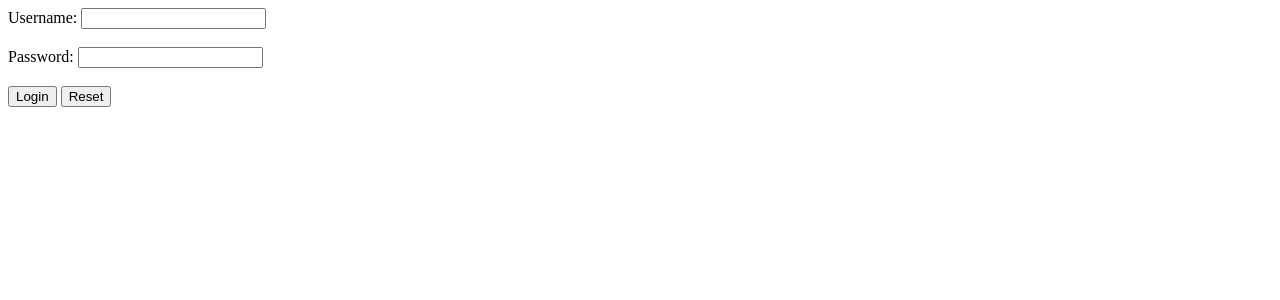
Repository: thegr8khan/webproject1
Page: http://localhost/amazon/
The author's editor kept a copy of each file at every save. The page is drawn from the files as they stood at one save, then again after the next save.
The browser window is 1280 px wide. The pictures show the whole page.
The page is served by Tomcat 9.

Above is the page before, as saved 2023-03-27 07:50:54.

After the next save:
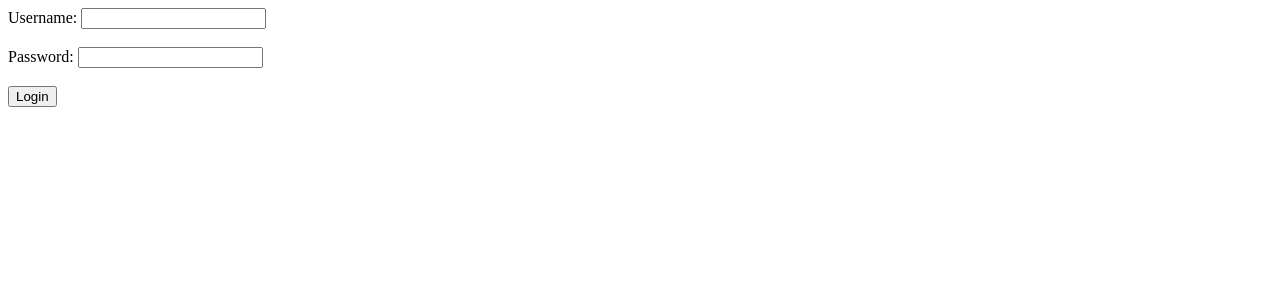
Saved 3 min 46 s later.
--- a/WebProgramming/amazon/src/main/webapp/login.jsp
+++ b/WebProgramming/amazon/src/main/webapp/login.jsp
@@ -28,7 +28,7 @@
 <br>
 <br>
 <input type="submit" name="action" value="Login">
-<input type="submit" name="page" value="Reset"/>
+<input type="hidden" name="page" value="Reset"/>
 
 <input type="hidden" name="page" value="login"/>
 

After the save that followed:
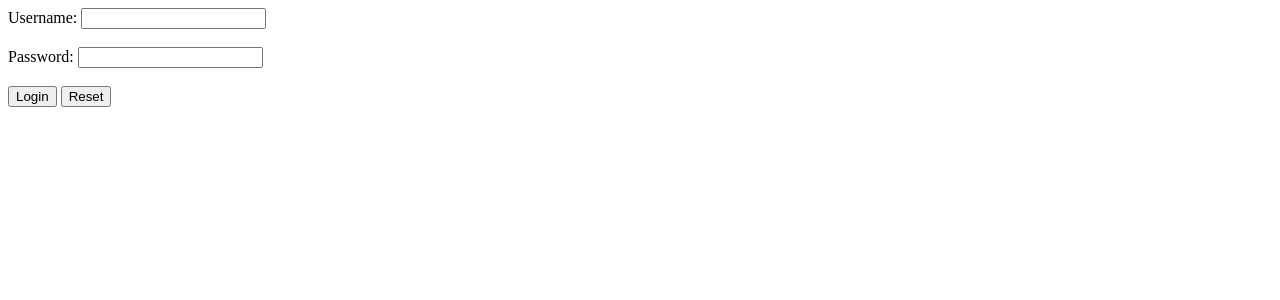
Saved 46 s later.
--- a/WebProgramming/amazon/src/main/webapp/login.jsp
+++ b/WebProgramming/amazon/src/main/webapp/login.jsp
@@ -28,9 +28,10 @@
 <br>
 <br>
 <input type="submit" name="action" value="Login">
-<input type="hidden" name="page" value="Reset"/>
+<input type="submit" name="action" value="Reset"/>
 
 <input type="hidden" name="page" value="login"/>
+<input type="hidden" name="page" value="Reset"/>
 
 
 </form>
